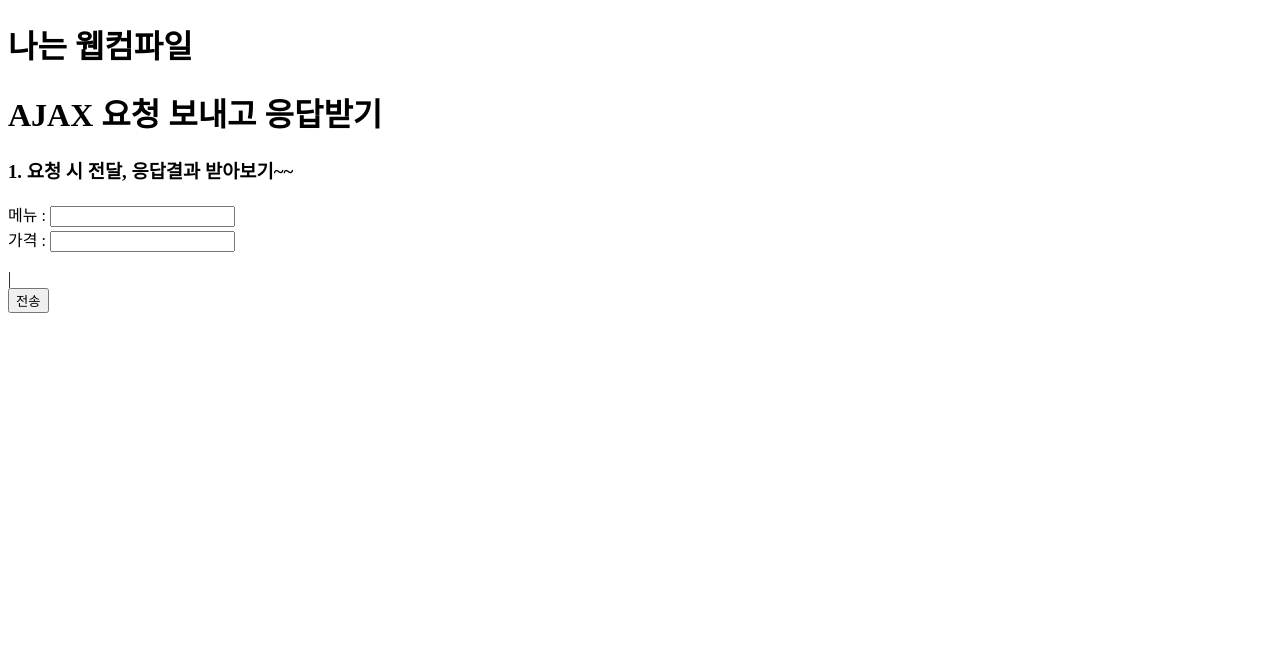
Repository: LeeSeongWook1/semi_Spring
Page: http://localhost/ajaxProject/
The author's editor kept a copy of each file at every save. The page is drawn from the files as they stood at one save, then again after the next save.
The browser window is 1280 px wide. The pictures show the whole page.
The page is served by Tomcat 9. Nobody is signed in. The application's start-up code is not run. Other server files are loaded and not shown.

Above is the page before, as saved 2024-04-22 07:26:26.

### ajaxProject/src/main/webapp/index.jsp
<%@ page language="java" contentType="text/html; charset=UTF-8"
	pageEncoding="UTF-8"%>
<!DOCTYPE html>
<html>
<head>
<meta charset="UTF-8">
<title>Insert title here</title>
<script
	src="https://ajax.googleapis.com/ajax/libs/jquery/3.4.1/jquery.min.js"></script>
</head>
<body>
	<h1>나는 웹컴파일</h1>

	<h1>AJAX 요청 보내고 응답받기</h1>

	<h3>1. 요청 시 전달, 응답결과 받아보기~~</h3>

	메뉴 : <input type="text" id="menu"><br>
	가격 : <input type="number" id="price"><br><br>

	<div id="result1">

		<label id = "menu-name"></label> | <label id="menu-id"></label>
	</div>


	<button onclick="test1();">전송</button>

	<script>
		function test1(){

			$.ajax({
				url : 'ajax1.do', //필수점의 속성(매핑값)
				type : 'get',// 요청 시 전달방식
				data : {//요청 시 전달값 (key-value)
					menu : $('#menu').val(), //value속성값에 접근했을 경우!! == string
					price : $('#price').val()
				},
				success : function(result){ //해당 비동기 통신에 성공했을 떄 수행되는 핸들러
					console.log(result);
				},
				error : function(){

				}

			});

		}
	</script>


<br><br><br><br><br><br><br><br><br><br><br><br><br><br><br><br>
</body>
</html>

After the next save:
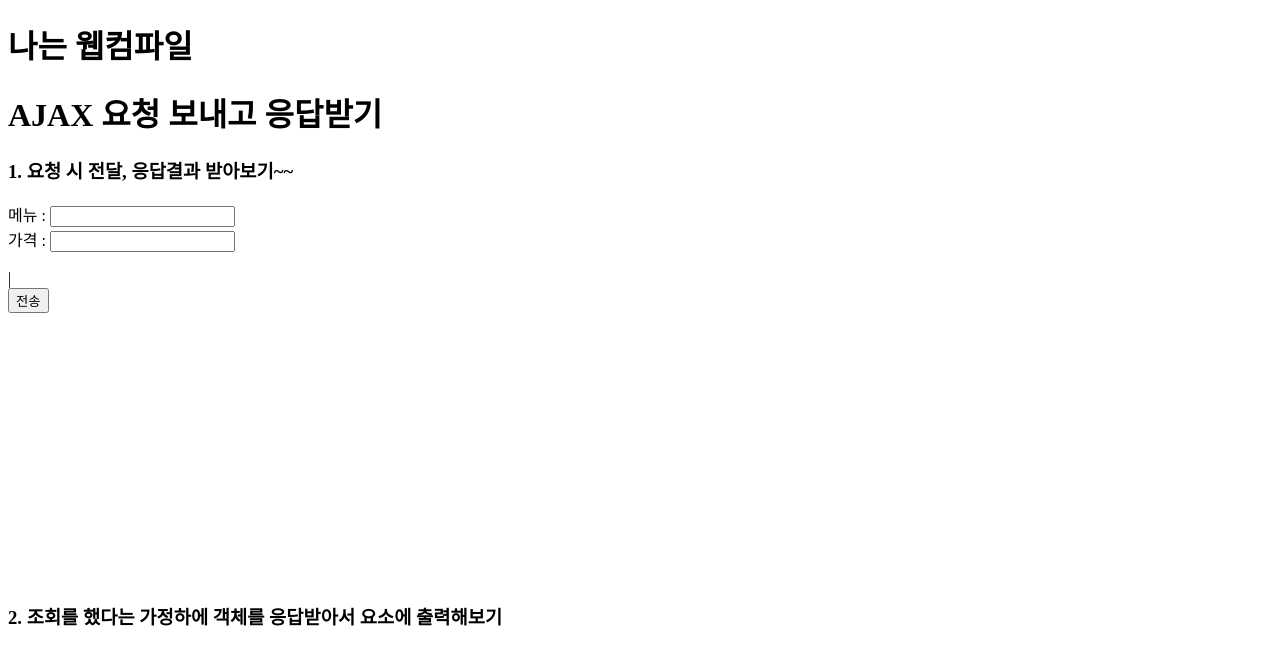
Saved 19 s later.
--- a/ajaxProject/src/main/webapp/index.jsp
+++ b/ajaxProject/src/main/webapp/index.jsp
@@ -50,5 +50,7 @@
 
 
 <br><br><br><br><br><br><br><br><br><br><br><br><br><br><br><br>
+
+<h3>	2. 조회를 했다는 가정하에 객체를 응답받아서 요소에 출력해보기</h3>
 </body>
 </html>
